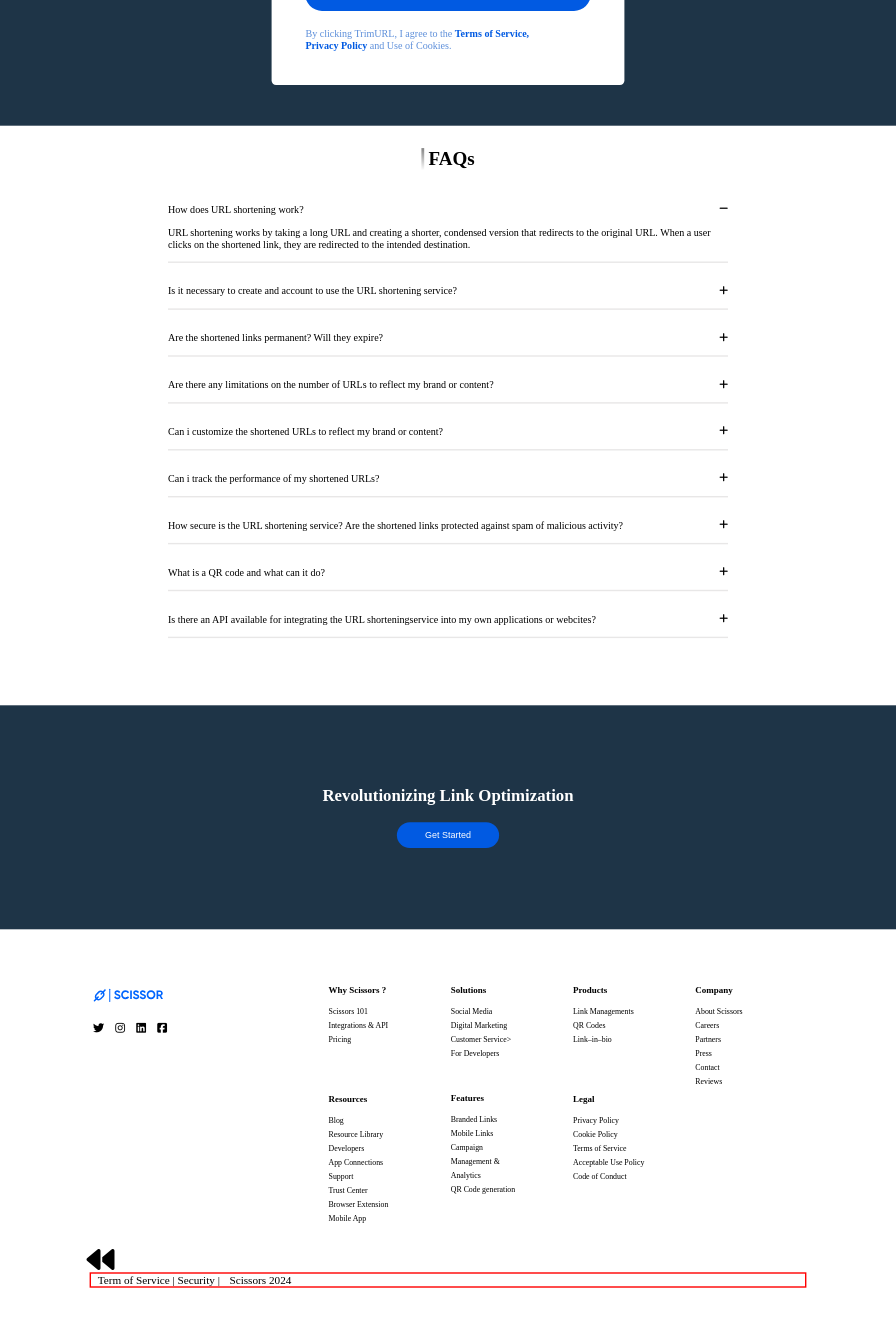
Repository: dark-txch/ass-1-6
Page: src/pages/scissors.html
An editor plug-in stored every save of this project. The page is shown before and after a run of saves, followed by the edit.
The browser window is 1280 px wide. The pictures show the part of the page from y = 2481 to 4401 px (the page is 4401 px tall), at 70% of full size.
Some web libraries are served in a nearby version.

Above is the page before, as saved 2024-11-29 15:36:40.

After the next 2 saves:
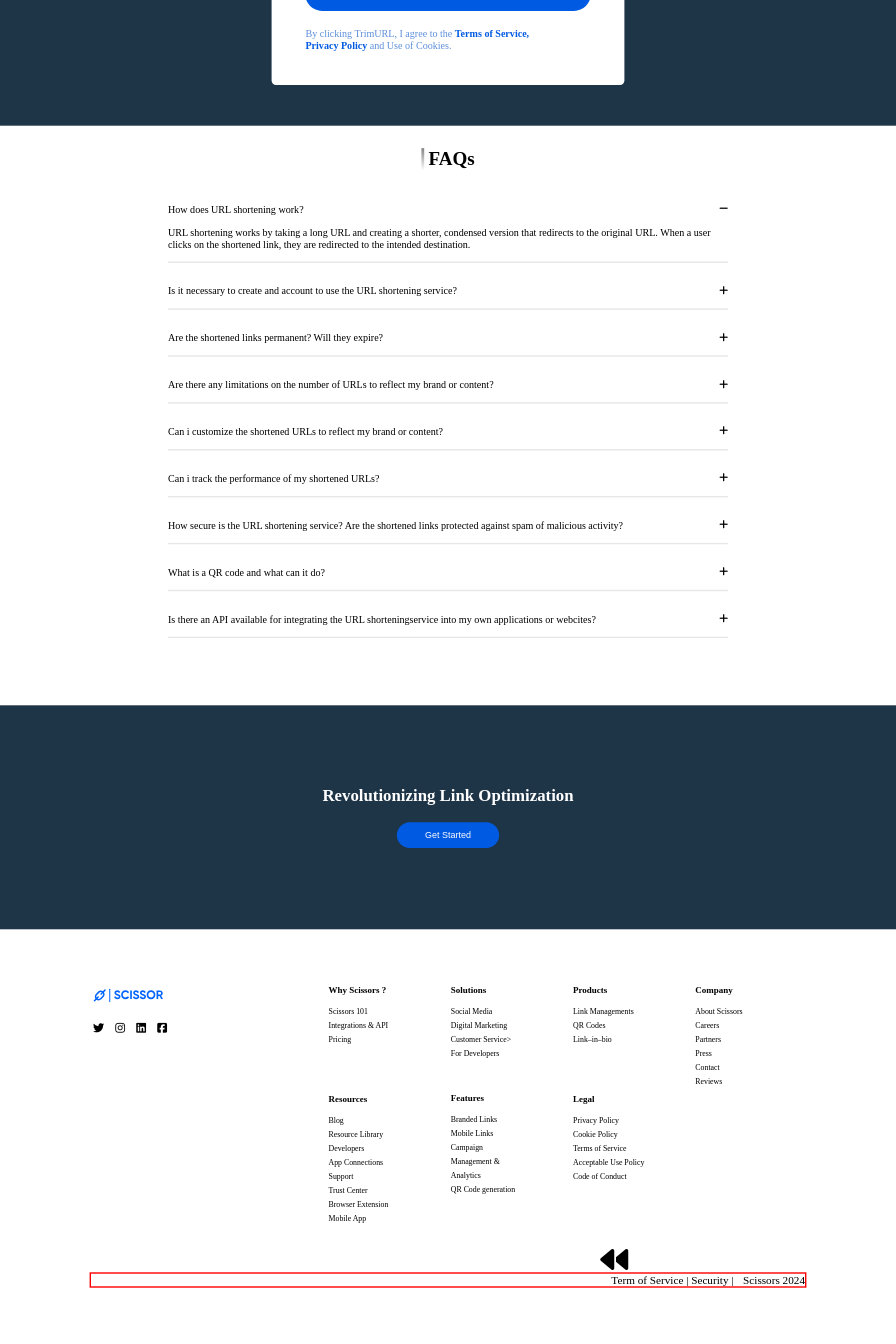
The 2 saves are shown as one change because they came seconds apart.
The last was saved 13 s later.
--- a/src/styles/scissors/scissors.css
+++ b/src/styles/scissors/scissors.css
@@ -718,10 +718,10 @@
 
 #copyright {
 	border: 2px solid red;
+	text-align: end;
 }
 
 #copyright > span {
-	text-align: end;
 	padding-left: 0.6rem;
 }
 
